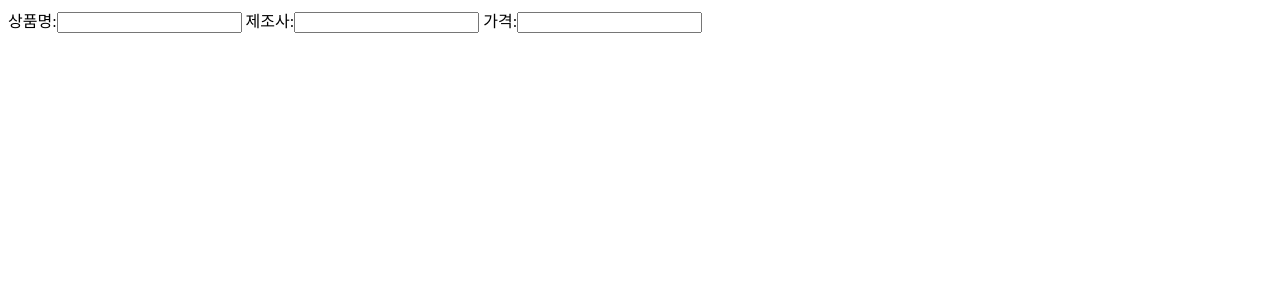
Repository: hamham1210/JavaStudy
Page: http://localhost/workshop01/form.jsp
An editor plug-in stored every save of this project. The page is shown before and after the next save, followed by the edit.
The browser window is 1280 px wide. The pictures show the whole page.
The page is served by Tomcat 9. Nobody is signed in. The application's start-up code is not run.

Above is the page before, as saved 2024-10-02 08:54:01.

After the next save:
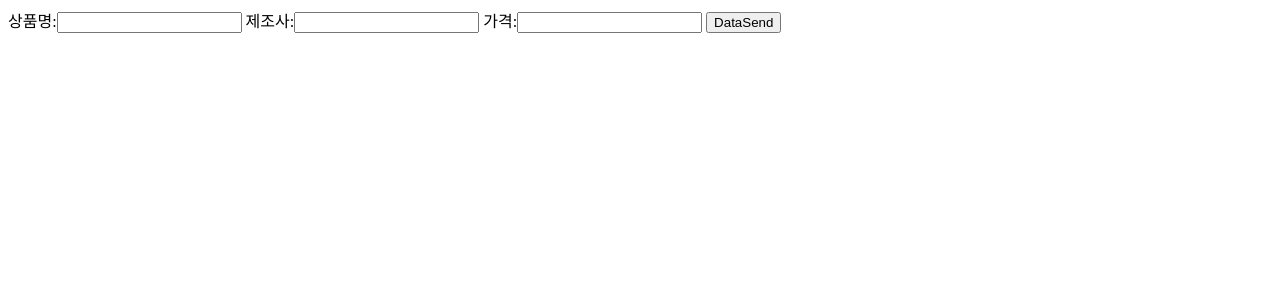
Saved 2 min 37 s later.
--- a/workshop01/src/main/webapp/form.jsp
+++ b/workshop01/src/main/webapp/form.jsp
@@ -1,5 +1,5 @@
 <%@ page language="java" contentType="text/html; charset=UTF-8"
-    pageEncoding="UTF-8"%>
+	pageEncoding="UTF-8"%>
 <!DOCTYPE html>
 <html>
 <head>
@@ -7,10 +7,11 @@
 <title>Insert title here</title>
 </head>
 <body>
-<form action="">
-상품명:<input type="text" id="name" name="name">
-제조사:<input type="text" id="maker" name="maker">
-가격:<input type="text" id="price" name="price">
-</form>
+	<form action="">
+		상품명:<input type="text" id="name" name="name"> 제조사:<input
+			type="text" id="maker" name="maker"> 가격:<input type="text"
+			id="price" name="price"> <input type="submit"
+			value="DataSend">
+	</form>
 </body>
 </html>
